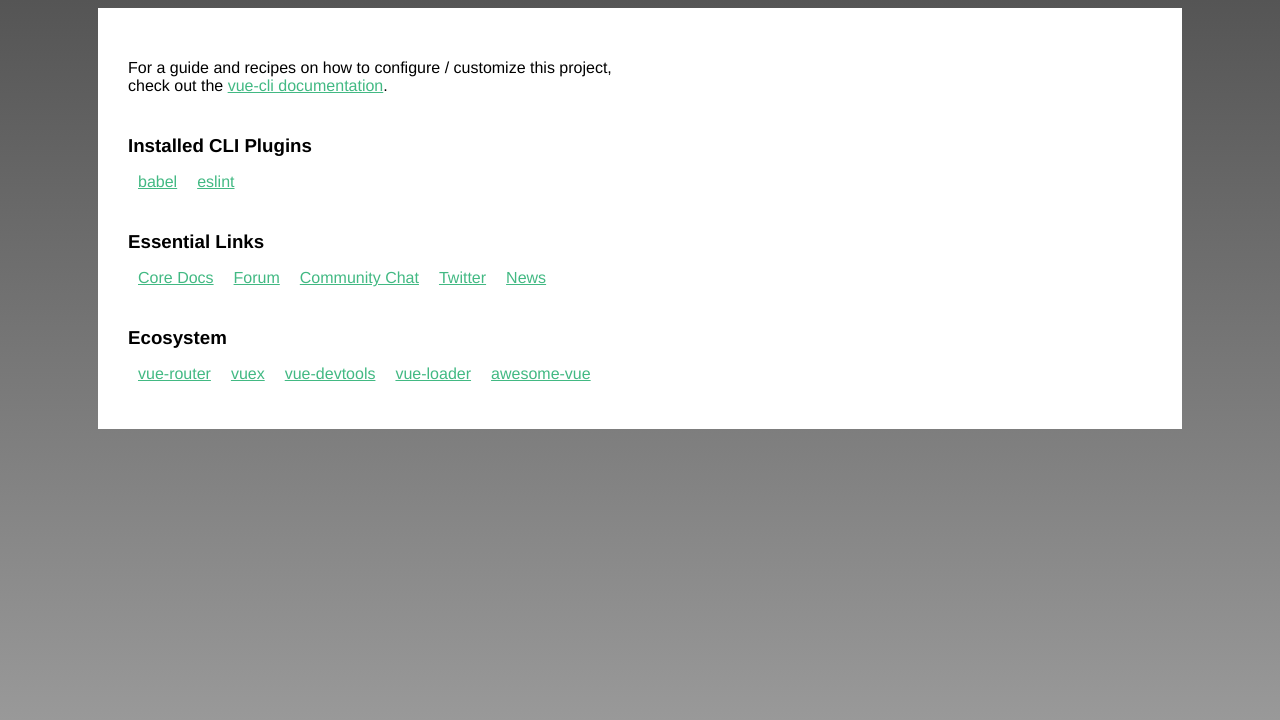
Repository: nickarocho/build-a-bot
Page: /
These files come from the project's save history. The page is drawn as it stood at one moment and after the next save; the edit follows.
The browser window is 1280 px wide. The pictures show the whole page.
Backgrounds fixed to the window are drawn as part of the page. The project was rebuilt for these pictures with package versions that can differ from the ones it lists, and the page was loaded fresh each time.

Above is the page before, as saved 2019-11-19 12:15:29.

### src/App.vue
<template>
  <div id="app">
    <main>
      <HomePage/>
    </main>
  </div>
</template>

<script>
import HomePage from './components/HomePage.vue';

export default {
  name: 'app',
  components: {
    HomePage,
  },
};
</script>

<style>
body {
  background: linear-gradient(to bottom, #555, #999);
  background-attachment: fixed;
}
#app {
  font-family: 'Avenir', Helvetica, Arial, sans-serif;
}
main {
  margin: 0 auto;
  padding: 30px;
  background-color: white;
width: 1024px;
min-height: 300px;
}
</style>

### src/components/HomePage.vue
<template>
  <div class="hello">
    <h1>{{ msg }}</h1>
    <p>
      For a guide and recipes on how to configure / customize this project,<br>
      check out the
      <a href="https://cli.vuejs.org" target="_blank" rel="noopener">vue-cli documentation</a>.
    </p>
    <h3>Installed CLI Plugins</h3>
    <ul>
      <li><a href="https://github.com/vuejs/vue-cli/tree/dev/packages/%40vue/cli-plugin-babel" target="_blank" rel="noopener">babel</a></li>
      <li><a href="https://github.com/vuejs/vue-cli/tree/dev/packages/%40vue/cli-plugin-eslint" target="_blank" rel="noopener">eslint</a></li>
    </ul>
    <h3>Essential Links</h3>
    <ul>
      <li><a href="https://vuejs.org" target="_blank" rel="noopener">Core Docs</a></li>
      <li><a href="https://forum.vuejs.org" target="_blank" rel="noopener">Forum</a></li>
      <li><a href="https://chat.vuejs.org" target="_blank" rel="noopener">Community Chat</a></li>
      <li><a href="https://twitter.com/vuejs" target="_blank" rel="noopener">Twitter</a></li>
      <li><a href="https://news.vuejs.org" target="_blank" rel="noopener">News</a></li>
    </ul>
    <h3>Ecosystem</h3>
    <ul>
      <li><a href="https://router.vuejs.org" target="_blank" rel="noopener">vue-router</a></li>
      <li><a href="https://vuex.vuejs.org" target="_blank" rel="noopener">vuex</a></li>
      <li><a href="https://github.com/vuejs/vue-devtools#vue-devtools" target="_blank" rel="noopener">vue-devtools</a></li>
      <li><a href="https://vue-loader.vuejs.org" target="_blank" rel="noopener">vue-loader</a></li>
      <li><a href="https://github.com/vuejs/awesome-vue" target="_blank" rel="noopener">awesome-vue</a></li>
    </ul>
  </div>
</template>

<script>
export default {
  name: 'HomePage',
  props: {
    msg: String,
  },
};
</script>

<!-- Add "scoped" attribute to limit CSS to this component only -->
<style scoped>
h3 {
  margin: 40px 0 0;
}
ul {
  list-style-type: none;
  padding: 0;
}
li {
  display: inline-block;
  margin: 0 10px;
}
a {
  color: #42b983;
}
</style>

Loaded but not shown: public/index.html (common file); src/main.js (common file)

After the next save:
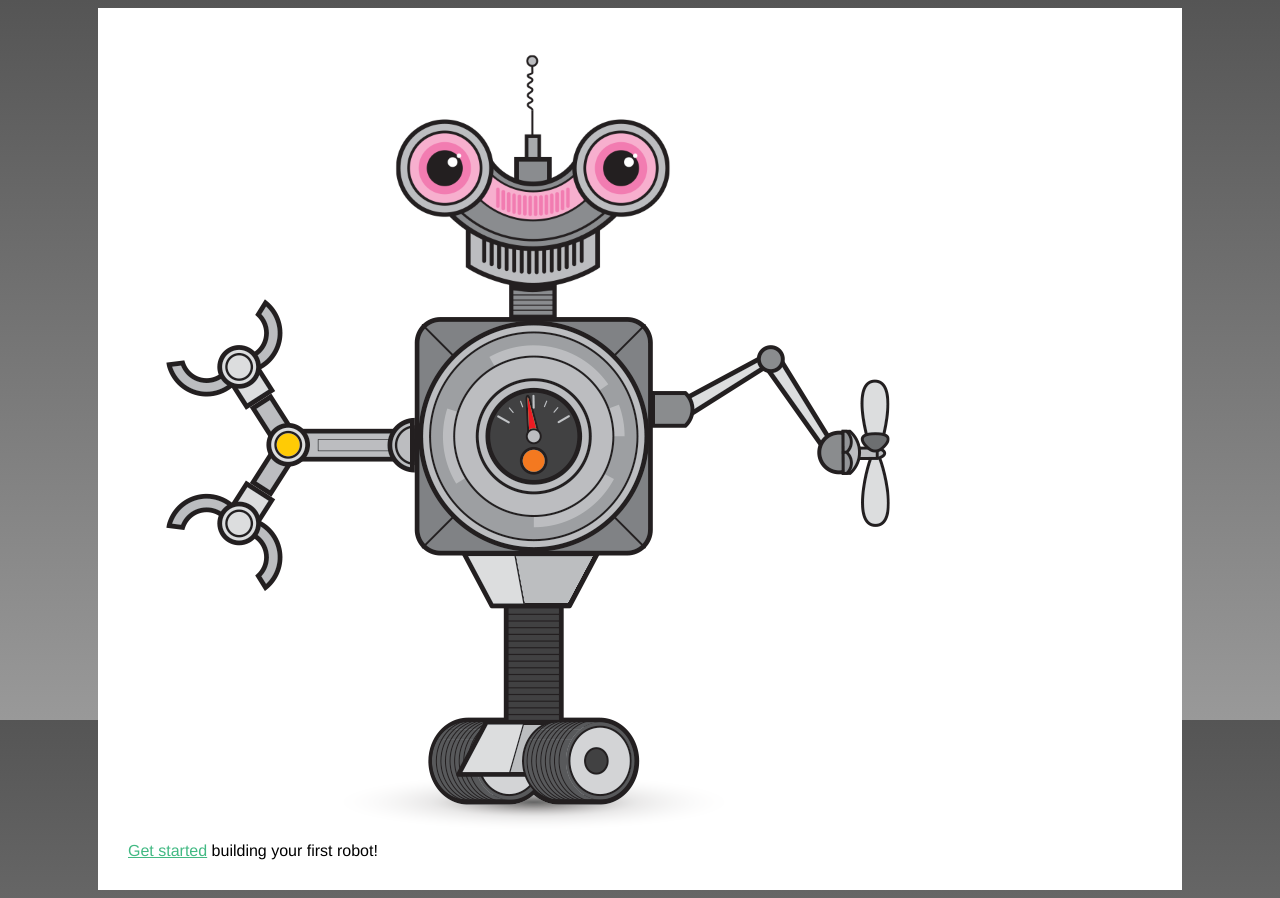
Saved 6 min 34 s later.
--- a/src/components/HomePage.vue
+++ b/src/components/HomePage.vue
@@ -1,32 +1,13 @@
 <template>
-  <div class="hello">
-    <h1>{{ msg }}</h1>
-    <p>
-      For a guide and recipes on how to configure / customize this project,<br>
-      check out the
-      <a href="https://cli.vuejs.org" target="_blank" rel="noopener">vue-cli documentation</a>.
-    </p>
-    <h3>Installed CLI Plugins</h3>
-    <ul>
-      <li><a href="https://github.com/vuejs/vue-cli/tree/dev/packages/%40vue/cli-plugin-babel" target="_blank" rel="noopener">babel</a></li>
-      <li><a href="https://github.com/vuejs/vue-cli/tree/dev/packages/%40vue/cli-plugin-eslint" target="_blank" rel="noopener">eslint</a></li>
-    </ul>
-    <h3>Essential Links</h3>
-    <ul>
-      <li><a href="https://vuejs.org" target="_blank" rel="noopener">Core Docs</a></li>
-      <li><a href="https://forum.vuejs.org" target="_blank" rel="noopener">Forum</a></li>
-      <li><a href="https://chat.vuejs.org" target="_blank" rel="noopener">Community Chat</a></li>
-      <li><a href="https://twitter.com/vuejs" target="_blank" rel="noopener">Twitter</a></li>
-      <li><a href="https://news.vuejs.org" target="_blank" rel="noopener">News</a></li>
-    </ul>
-    <h3>Ecosystem</h3>
-    <ul>
-      <li><a href="https://router.vuejs.org" target="_blank" rel="noopener">vue-router</a></li>
-      <li><a href="https://vuex.vuejs.org" target="_blank" rel="noopener">vuex</a></li>
-      <li><a href="https://github.com/vuejs/vue-devtools#vue-devtools" target="_blank" rel="noopener">vue-devtools</a></li>
-      <li><a href="https://vue-loader.vuejs.org" target="_blank" rel="noopener">vue-loader</a></li>
-      <li><a href="https://github.com/vuejs/awesome-vue" target="_blank" rel="noopener">awesome-vue</a></li>
-    </ul>
+  <div class="home">
+    <div class="home">
+      <div>
+        <img src="../assets/robot-home.png" class="robot" aria-hidden="true" />
+      </div>
+      <div class="get-started">
+        <a href="">Get started</a> building your first robot!
+      </div>
+    </div>
   </div>
 </template>
 
